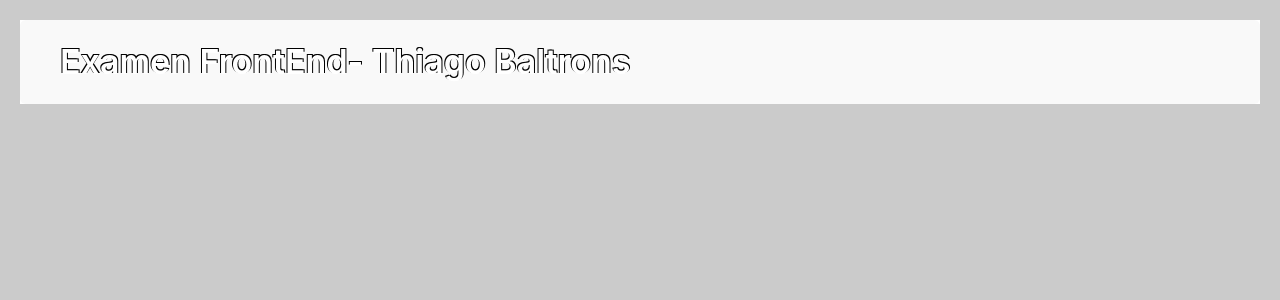
Repository: thiagobal1891-sudo/vue-ecommerce
Page: /#/thiago
These files come from the project's save history. The page is drawn as it stood at one moment and after the next save; the edit follows.
The browser window is 1280 px wide. The pictures show the whole page.
The page's requests for data from a server got no answer. The project was rebuilt for these pictures with package versions that can differ from the ones it lists, and the page was loaded fresh each time. No one was signed in, and anything a server would have sent is missing. Also part of the build but not shown: vue.config.js, src/components/ProductList.vue, src/components/CollectionsVue.vue, src/components/BrandsVue.vue, src/pages/HomePage.vue, src/pages/ErrorPage.vue, src/pages/CategoryPage.vue, src/pages/MyCartPage.vue and 7 more.

Above is the page before, as saved 2025-09-22 14:43:09.

After the next save:
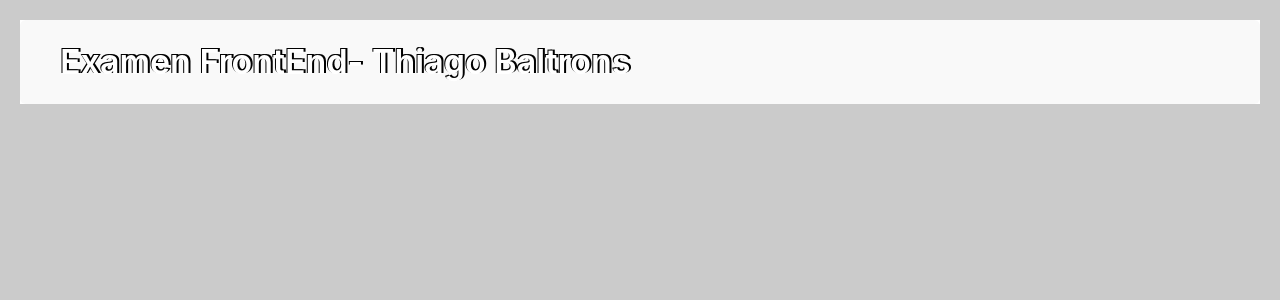
Saved 24 s later.
--- a/src/components/ThiagoVue.vue
+++ b/src/components/ThiagoVue.vue
@@ -49,7 +49,7 @@ export default {
   white-space: nowrap;
   text-shadow:
   -1px -1px 0 black,
-  1px -1px 0 black;
+  2px -1px 0 black;
 }
 
 .todo-list {
